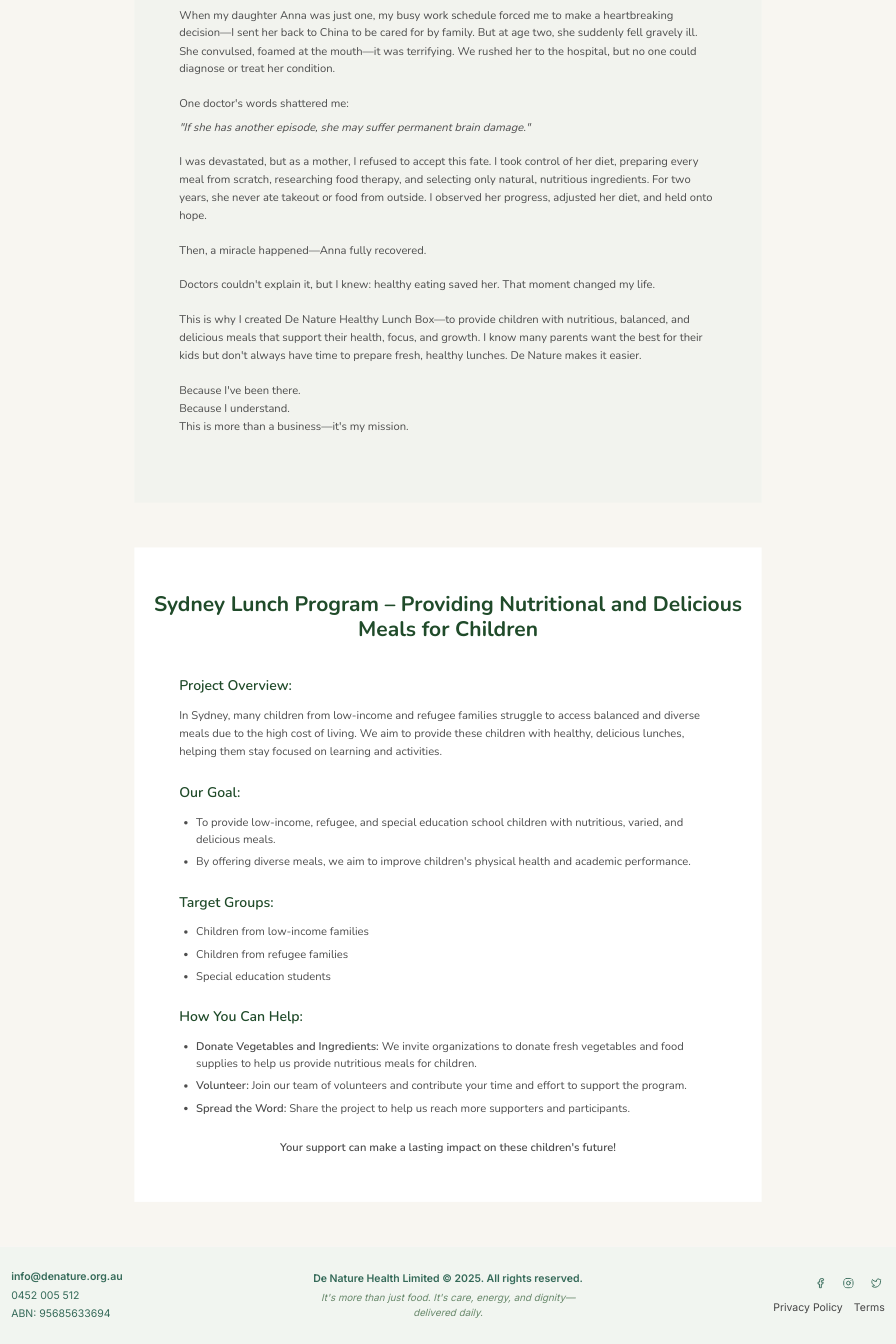
Repository: sunnyyan01/denature-website
Page: /about
These files come from the project's save history. The page is drawn as it stood at one moment and after the next save; the edit follows.
The browser window is 1280 px wide. The pictures show the part of the page from y = 1790 to 3710 px (the page is 3710 px tall before and 3377 px after), at 70% of full size.
The project was rebuilt for these pictures with package versions that can differ from the ones it lists, and the page was loaded fresh each time. The framework's server and built-in components were replaced by stand-ins that run in the browser. Also part of the build but not shown: next.config.js.

Above is the page before, as saved 2025-05-21 06:25:01.

After the next save:
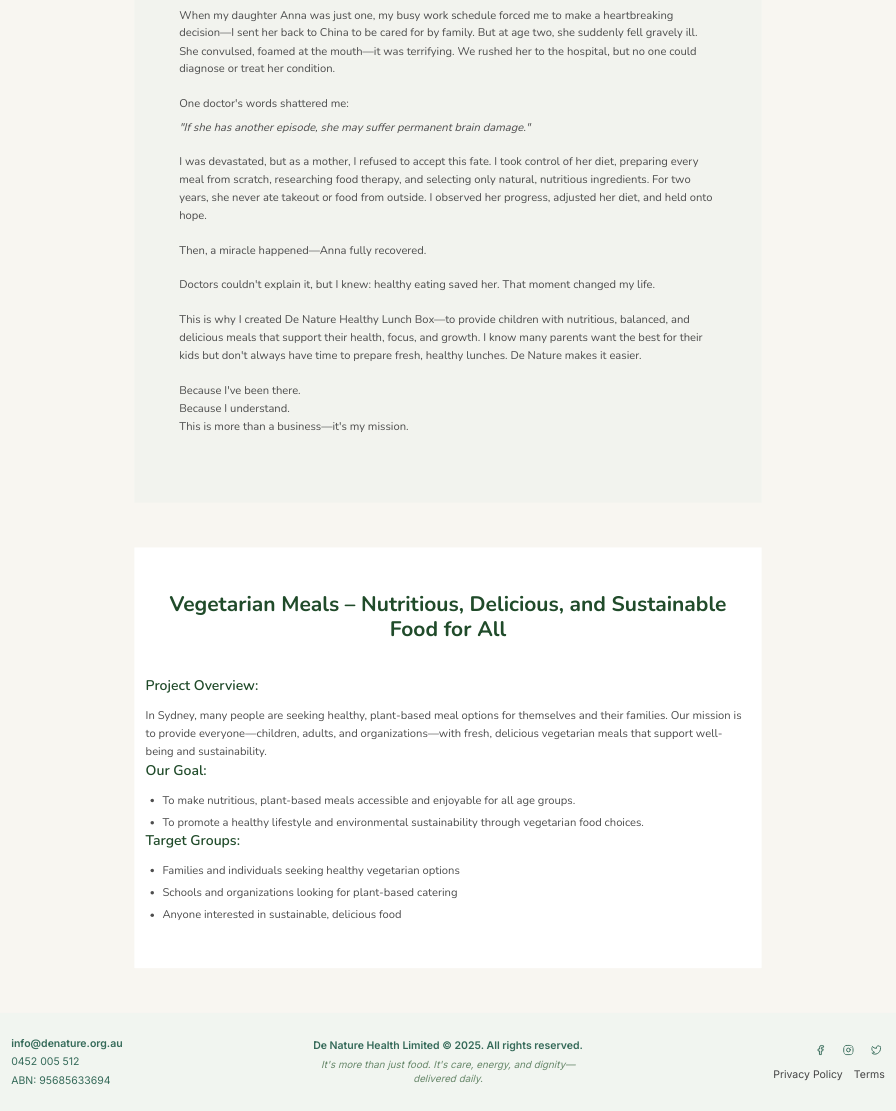
Saved 5 s later.
--- a/src/app/about/page.tsx
+++ b/src/app/about/page.tsx
@@ -91,49 +91,32 @@
             </div>
           </section>
 
-          {/* Sydney Lunch Program Section */}
+          {/* Vegetarian Meals Section */}
           <section className="py-16 bg-white">
             <div className="container mx-auto px-4">
               <h2 className="text-3xl font-bold text-center mb-12 text-green-700" style={{ color: '#204B2A' }}>
-                Sydney Lunch Program – Providing Nutritional and Delicious Meals for Children
+                Vegetarian Meals – Nutritious, Delicious, and Sustainable Food for All
               </h2>
-              <div className="max-w-3xl mx-auto space-y-8">
-                <div>
-                  <h3 className="text-xl font-semibold mb-4 text-green-700" style={{ color: '#204B2A' }}>Project Overview:</h3>
-                  <p style={{ color: '#4D4D4D' }}>
-                    In Sydney, many children from low-income and refugee families struggle to access balanced and diverse meals due to the high cost of living. We aim to provide these children with healthy, delicious lunches, helping them stay focused on learning and activities.
-                  </p>
-                </div>
-
-                <div>
-                  <h3 className="text-xl font-semibold mb-4 text-green-700" style={{ color: '#204B2A' }}>Our Goal:</h3>
-                  <ul className="list-disc pl-6 space-y-2">
-                    <li style={{ color: '#4D4D4D' }}>To provide low-income, refugee, and special education school children with nutritious, varied, and delicious meals.</li>
-                    <li style={{ color: '#4D4D4D' }}>By offering diverse meals, we aim to improve children's physical health and academic performance.</li>
-                  </ul>
-                </div>
-
-                <div>
-                  <h3 className="text-xl font-semibold mb-4 text-green-700" style={{ color: '#204B2A' }}>Target Groups:</h3>
-                  <ul className="list-disc pl-6 space-y-2">
-                    <li style={{ color: '#4D4D4D' }}>Children from low-income families</li>
-                    <li style={{ color: '#4D4D4D' }}>Children from refugee families</li>
-                    <li style={{ color: '#4D4D4D' }}>Special education students</li>
-                  </ul>
-                </div>
-
-                <div>
-                  <h3 className="text-xl font-semibold mb-4 text-green-700" style={{ color: '#204B2A' }}>How You Can Help:</h3>
-                  <ul className="list-disc pl-6 space-y-2">
-                    <li style={{ color: '#4D4D4D' }}><span className="font-semibold">Donate Vegetables and Ingredients:</span> We invite organizations to donate fresh vegetables and food supplies to help us provide nutritious meals for children.</li>
-                    <li style={{ color: '#4D4D4D' }}><span className="font-semibold">Volunteer:</span> Join our team of volunteers and contribute your time and effort to support the program.</li>
-                    <li style={{ color: '#4D4D4D' }}><span className="font-semibold">Spread the Word:</span> Share the project to help us reach more supporters and participants.</li>
-                  </ul>
-                </div>
-
-                <p className="text-center font-semibold mt-8" style={{ color: '#4D4D4D' }}>
-                  Your support can make a lasting impact on these children's future!
+              <div>
+                <h3 className="text-xl font-semibold mb-4 text-green-700" style={{ color: '#204B2A' }}>Project Overview:</h3>
+                <p style={{ color: '#4D4D4D' }}>
+                  In Sydney, many people are seeking healthy, plant-based meal options for themselves and their families. Our mission is to provide everyone—children, adults, and organizations—with fresh, delicious vegetarian meals that support well-being and sustainability.
                 </p>
+              </div>
+              <div>
+                <h3 className="text-xl font-semibold mb-4 text-green-700" style={{ color: '#204B2A' }}>Our Goal:</h3>
+                <ul className="list-disc pl-6 space-y-2">
+                  <li style={{ color: '#4D4D4D' }}>To make nutritious, plant-based meals accessible and enjoyable for all age groups.</li>
+                  <li style={{ color: '#4D4D4D' }}>To promote a healthy lifestyle and environmental sustainability through vegetarian food choices.</li>
+                </ul>
+              </div>
+              <div>
+                <h3 className="text-xl font-semibold mb-4 text-green-700" style={{ color: '#204B2A' }}>Target Groups:</h3>
+                <ul className="list-disc pl-6 space-y-2">
+                  <li style={{ color: '#4D4D4D' }}>Families and individuals seeking healthy vegetarian options</li>
+                  <li style={{ color: '#4D4D4D' }}>Schools and organizations looking for plant-based catering</li>
+                  <li style={{ color: '#4D4D4D' }}>Anyone interested in sustainable, delicious food</li>
+                </ul>
               </div>
             </div>
           </section>
